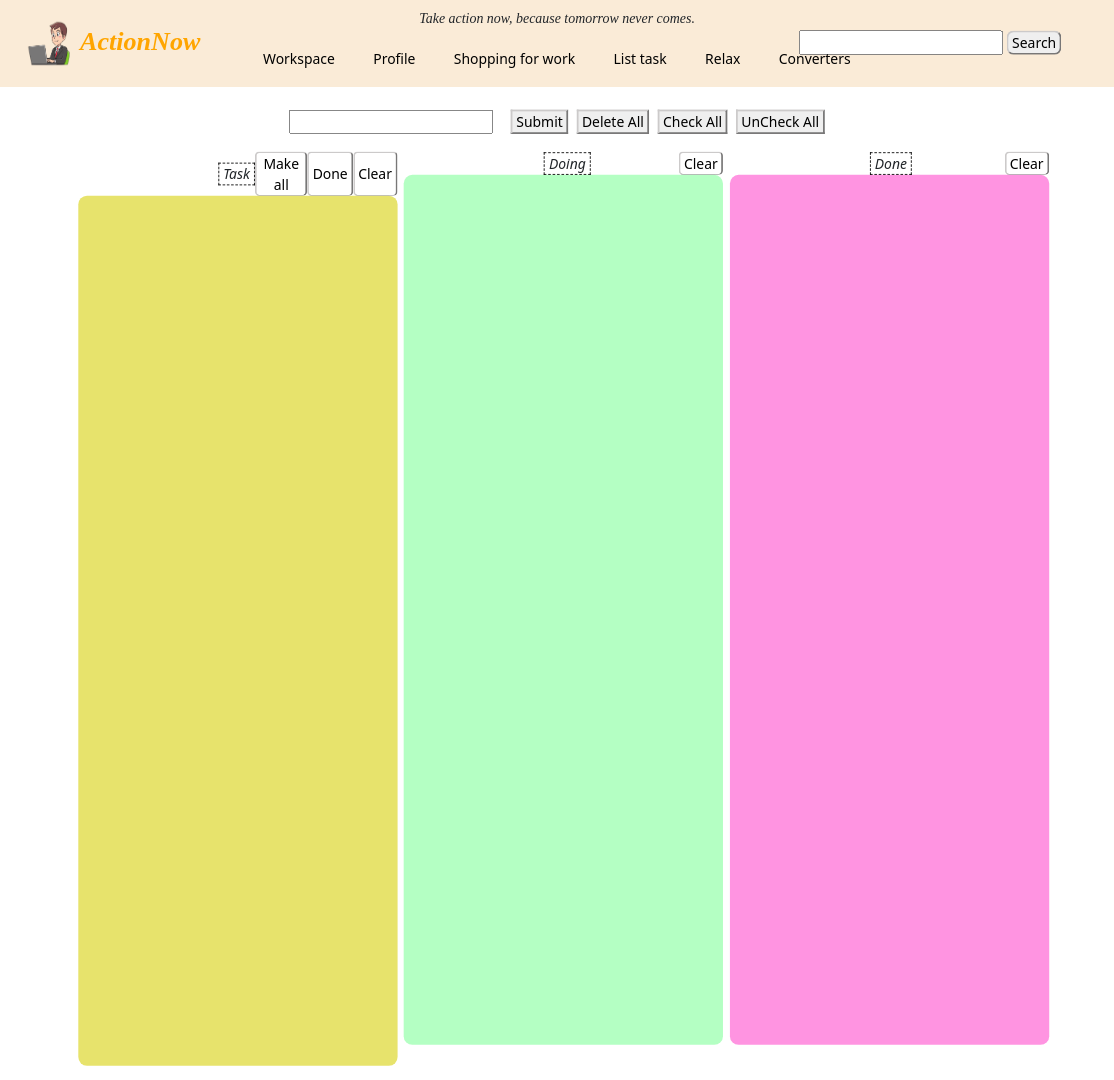
Repository: huavantinh/todo
Page: index.html
The author's editor kept a copy of each file at every save. The page is drawn from the files as they stood at one save, then again after the next save.
The browser window is 1280 px wide. The pictures show the whole page, at 87% of full size.

Above is the page before, as saved 2023-04-18 11:06:43.

### index.html
<!DOCTYPE html>
<html lang="en">

<head>
  <meta charset="UTF-8" />
  <meta http-equiv="X-UA-Compatible" content="IE=edge" />
  <meta name="viewport" content="width=device-width, initial-scale=1.0" />
  <title>Document</title>
  <link rel="stylesheet" href="./css/style.css" />
  <link rel="stylesheet" href="https://cdn.jsdelivr.net/npm/bootstrap@5.2.3/dist/css/bootstrap.min.css"
    integrity="sha384-rbsA2VBKQhggwzxH7pPCaAqO46MgnOM80zW1RWuH61DGLwZJEdK2Kadq2F9CUG65" crossorigin="anonymous" />
</head>

<body>
  <nav class="nav-bar navbar navbar-default">
    <div class="container-fluid">
      <div class="brand">
        <!-- line1top -->
        <img src="./css/img/logo-brand.png" alt="Brand" />
        <i id="i1">ActionNow</i>
        <i id="i2">Take action now, because tomorrow never comes.</i>
        <!-- search  -->
        <div class="search-box">
          <input type="text" />
          <button>Search</button>
        </div>
      </div>
      <!-- menu  -->
      <div class="nav-menu">
        <div class="list-menu">
          <a href="">Workspace</a>
          <a href="">Profile</a>
          <a href="">Shopping for work</a>
          <a href="">List task</a>
          <a href="">Relax</a>
          <a href="">Converters</a>
        </div>
      </div>
    </div>
  </nav>
  <div>

    <div class="container">
      <div class="add">
        <div class="box-add">
          <div class="input-box">
            <input id="input-sub" type="text" />
            <span style="
                  color: #656966;
                  font-size: 10px;
                  position: absolute;
                  bottom: 0;
                  right: 0;
                " class="message" id="new-task-message">Please enter new task!</span>
          </div>

          <button class="submit-bt" id="button-submit" onclick="submit()">Submit</button>
          <button  class="deleteall" id="delete" onclick="deleteAll()">Delete All</button>
          <button class="checkall" id="checkall" onclick="checkAll(this)">Check All</button>
          <button class="uncheckall" id="uncheckall" onclick="unCheckAll(this)">
            UnCheck All
          </button>
        </div>
      </div>
      <div class="table">
        <div class="tasklist col-list">
          <div class="linetitle linetasktitle">
            <i class="title" id="i1"> Task </i>
          <button id="makeall">Make all</button>
          <button id="doneall">Done</button>
          <button id="cleardone">Clear</button>

          </div>

          <div id="products" class="col-item col-1"></div>
        </div>

        <div class="doinglist col-list">
          <div class="linetitle linedoingtitle">
            <i class="title" id="i2">Doing</i>
          <button id="cleardone">Clear</button>
          </div>

          <div id="idoing" class="col-item col-2"></div>
        </div>

        <div class="donelist col-list">
          <div class="linetitle linedonetitle">
            <i class="title" id="i3">Done</i>
          <button id="cleardone">Clear</button>
          </div>
          <div id="idone" class="col-item col-3"></div>
        </div>

      </div>
    </div>
  </div>
  </div>

  <script src="https://code.jquery.com/jquery-3.6.4.min.js"
    integrity="sha256-oP6HI9z1XaZNBrJURtCoUT5SUnxFr8s3BzRl+cbzUq8=" crossorigin="anonymous"></script>
  <script type="text/javascript" src="https://cdn.jsdelivr.net/npm/bootstrap@5.2.3/dist/js/bootstrap.min.js"></script>
  <script src="./app.js"></script>
</body>

</html>

### css/style.css
    /* resetcss */
    *{
        padding: 0;
        margin: 0;
    }

    button {
        border-radius: 5px;
        border-color: #cccaca;
        padding: 0 4px;
    }

    /* Nav */
    .container-fluid{
        position: fixed;
        top: 0;
        left: 0;
        right: 0;
        z-index: 99999;
        background-color: antiquewhite;
    }


    .brand{
        /* position: relative; */
        display: flex;
        width: 100%;
        height: 50px;
    }
    .nav-menu{
        display: flex;
        justify-content: center;
        width: 100%;
        height: 50px;
        border-radius: 10px;
    }
    .nav-menu .list-menu{
        position: absolute;
        justify-content: center;
        align-items: center;
        margin-top: 5px;
    }
    .nav-menu .list-menu a{
        color: black;
        text-decoration: none;
        font-family: inherit;
        font-weight: 450;
        margin: 0 20px;
    }

    .brand {
        display: flex;
        /* justify-content: center; */
    }
    .brand .search-box{
        position: absolute;
        right: 60px;
        top: 35px;
        /* justify-content: center;
        align-items: center;
        position: absolute;
        right: 0;

        display: flex;
        border: none; */
        /* cursor: pointer; */
    }

    .search-box button {
        border-radius: 8px;

        /* right: 10px; */
    }

    .search-box button:hover {
        background-color:orange;;
        border-radius: 8px;
    }
    .brand img {
        position: relative;
        left: 20px;
        position: relative;
        top: 50%;
        width: 50px;
        height: 50px;
        border-color: orange;
    }
    .brand #i1{
        position: relative;
        left: 20px;
        top: 30%;
        margin: 10px;
        float: left;
        width: 390px;
        max-width: 400px;
        font-size: 30px;
        color: orange;
        font-family: cursive;
        font-weight: 700;
    }

    .brand #i2{
        justify-content: center;
        align-items: center;
        margin: 10px;
        width: 390px;
        max-width: 400px;
        font-family: cursive;
        font-weight: 500;
    }

    body{
        /* position: relative; */
        background-color: #3b3b3b;

        padding-top: 90px;
    }

    .add {
        display: flex;
        justify-content: center;
        align-items: center;
        margin-top: 20px;
        position: relative;

    }

    .box-add {
        display: flex;
        align-items: center;
    }

    .box-add .input-box {
        margin-right: 10px;
    }

    .box-add button {
        margin-left: 10px;
    }

    /* .box-add .input-box .submit-bt {
        position: absolute;
        right: 200px;
    } */


    button#button-submit {
        right: 410px;
    }

    button#checkall {
        right: 335px;
    }
    button#uncheckall {
        right: 240px;
    }
    button#delete {
        right: 163px;
    }

    .message
    {
        display: none;
    }
    .error-message {
        display: inline;;
    }


    /* Task Table  */
    .table {
        display: flex;
        width: 100%;
        position: relative;
    }

    .table .col-list {
        width: 100% / 3;
        margin-top: 20px;
        position: relative;
    }

    .table .linetitle {
        display: flex;
    }

    .table .linetitle .title{
        margin-left: 45%;
    }
    .table button {
        border-radius: 5px;
        border-color: #cccaca;
        padding: 0 4px;
    }
    .table .linetitle button {
        border-radius: 5px;
        border-color: #cccaca;
        padding: 0 4px;
    }


    .table .col-item {
        /* display: flex; */
        float: left;
        width: calc(1116px / 3 - 5px );
        height: 1000px;
        justify-content: center;
        background-color: rgb(231, 227, 108);
        border-radius: 10px;
        margin-left: 7.5px;
    }

    .table .col-2 {
        background-color: rgb(180, 255, 195);
    }

    .table .col-3 {
        background-color: rgb(255, 148, 225);
    }


    .table .col-list i {
        display: block;
        text-align: center;
        margin-bottom: 10px;
        max-width: fit-content;
        margin: auto;
        border: 1.2px dashed black;
        padding: 0 5px;
    }

    .tasklist .col-item {
        float: left;
        border-radius: 10px;
        width: calc(1116px / 3 - 5px );
        justify-content: center;
        display: block;
    }



    .product1 {
        margin-left: 10px;
        border-bottom: 1px solid #636363 ;
        /* height: 30px;  */
        align-items: center;
        display: flex;
        /* flex: auto; */
        /* flex-wrap:wrap; */
    }
    .taskname{
        text-overflow: clip;
        display: block;
        width: 70%;
    }

    .checkbox {
        margin: 0 5px;
        color: aquamarine;
        right: 10px;
        top: 8px;
    }


    .checkbox-item button {
        right: 5px;

    }

    .product1 .delete-item {
        right: 5px;
    }

### app.js
let todos =
  localStorage.length > 0
    ? JSON.parse(localStorage.getItem("todolist"))
    : [];

let idoingsave =
  localStorage.length > 0
    ? JSON.parse(localStorage.getItem("idoinglist"))
    : [];

let idonesave =
  localStorage.length > 0
    ? JSON.parse(localStorage.getItem("idonelist"))
    : [];

function submit() {
  let textBox = document.getElementById("input-sub");
  let content = textBox.value;
  let randId = Math.random();
  document.getElementById("new-task-message").classList.add("error-message");
  if (content == "") {
    onkeydown = function () {
      document
        .getElementById("new-task-message")
        .classList.remove("error-message");
    };
    return;
  } else {
    addContent(content, randId);
    textBox.value = "";

    todos.push(content);
    setstorages();
  }
}

function setstorages() {
  localStorage.length > 0 && localStorage.setItem("todolist", JSON.stringify(todos));
}
function setstorages2() {
  localStorage.length > 0 && localStorage.setItem("idoinglist", JSON.stringify(idoingsave));
}
function setstorages3() {
  localStorage.length > 0 && localStorage.setItem("idonelist", JSON.stringify(idonesave));
}

function addContent(content, randId) {
  document.getElementById("new-task-message").classList.remove("error-message");

  $("#products").append(
    '<div style="color: black" class="producttask product1" id="row' +
      randId +
      '">' +
      '<div class="taskname">' +
      content +
      "</div>" +
      '<div><button class="make" onclick="makedoing(event)"> Make </button></div>' +
      '<div class="checkbox-item"><input id="' +
      '"  class="checkbox" type="checkbox"  onclick="checkItem(event)"/></div> <button class"delete-item" onclick="deleteItem(event)">Delete</button>' +
      "</div>"
  );
}
function addContent2(content, randId) {
  document.getElementById("new-task-message").classList.remove("error-message");

  $("#idoing").append(
    '<div style="color: black" class=" productdoing product1" id="row' +
      randId +
      '">' +
      '<div class="taskname">' +
      content +
      "</div>" +
      '<div class="checkbox-item"><input class="checkbox" type="checkbox"  onclick="checkidoing(event)"/></div> <button class"delete-item" onclick="deleteItemdoing(event)">Delete</button>' +
      "</div>"
  );
}
function addContent3(content, randId) {
  document.getElementById("new-task-message").classList.remove("error-message");

  $("#idone").append(
    '<div style="color: black" class="productdone product1" id="row' +
      randId +
      '">' +
      '<div class="taskname">' +
      content +
      "</div>" +
       '<button class= "  delete-item" onclick="deleteItemdone(event)">Delete</button>' +
      "</div>"
  );
}

function deleteAll() {
  var products = document.getElementById("products");
  products.innerHTML = "";
}
function checkAll() {
  var checkboxes = document.getElementsByClassName("checkbox");
  for (var checkbox of checkboxes) {
    checkbox.checked = true;
    checkbox.closest("div").parentNode.style.color = "red";
  }
}
function unCheckAll() {
  var checkboxes = document.getElementsByClassName("checkbox");
  for (var checkbox of checkboxes) {
    checkbox.checked = false;
    checkbox.closest("div").parentNode.style.color = "orange";
  }
}
var textBox2 = document.getElementById("input-sub");
textBox2.addEventListener("keyup", function (event) {
  if (event.keyCode === 13) {
    submit();
  }
});

function deleteItem(event) {
  var products = document.getElementById("products");
  var arraypro = document.getElementsByClassName("producttask");
  var div = event.currentTarget.parentNode;
  let index1 = Array.prototype.indexOf.call(arraypro, div);
  // let index2 = Array.prototype.indexOf.call(todos2, index1);  ////////check lại function này. không lọc ra được index trong todos
  // console.log(index2)
  todos.splice(index1, 1);  // dùng luôn index 1 . vì 2 array giống, index nó giống nhau
  products.removeChild(div);
  setstorages();
}
function deleteItemdoing(event) {
  var doings = document.getElementById("idoing");
  var arraypro = document.getElementsByClassName("productdoing"); //// cần phân biệt 3 cột, tìm arraypro của cột 2
  var div = event.currentTarget.parentNode;
  let index1 = Array.prototype.indexOf.call(arraypro, div);
  // let index2 = Array.prototype.indexOf.call(idoingsave, index1);
  idoingsave.splice(index1, 1);
  doings.removeChild(div);
  setstorages2();
}
function deleteItemdone(event) {
  // debugger
  var dones = document.getElementById("idone");
  var arraypro = document.getElementsByClassName("productdone"); //// cần phân biệt 3 cột, tìm arraypro của cột 3
  var div = event.currentTarget.parentNode;
  let index1 = Array.prototype.indexOf.call(arraypro, div);
  // let index2 = Array.prototype.indexOf.call(idonesave, index1);
  dones.removeChild(div);
  idonesave.splice(index1, 1);

  setstorages3();
}

function checkItem(event) {
  var currenti = event.currentTarget;
  var color = currenti.checked ? "red" : "orange";
  currenti.closest("div").parentNode.style.color = color;
  let div = event.currentTarget.parentNode;
  let div2 = event.currentTarget.parentNode.parentNode;
  // insert to done list
  let content = div2.firstChild.textContent;
  // debugger
  idonesave.push(content);
  let indextext = Array.prototype.indexOf.call(todos, content);
  todos.splice(indextext, 1);
  let randId = Math.random();
  $("#idone").append(
    '<div style="color: black" class="product1 productdone" id="row' +
      randId +
      '">' +
      '<div class="taskname">' +
      content +
      '</div> <button class"delete-item" onclick="deleteItemdone(event)">Delete</button>' +
      "</div>"
  );

  let products = document.getElementById("products");
  products.removeChild(div2);
  setstorages();
  setstorages3();

}

document.addEventListener("DOMContentLoaded", function () {
  // debugger
  if (Array.isArray && todos.length > 0) {
    todos.forEach(function printlocal(content, index) {
      addContent(content, index);
    });
  }
  if (Array.isArray && idoingsave.length > 0) {
    idoingsave.forEach(function printlocal2(content, index) {
      addContent2(content, index);
    });
  }
  if (Array.isArray && idonesave.length > 0) {
      idonesave.forEach(function printlocal3(content, index) {
        addContent3(content, index);
      });
    }
  }
);

// moveitem to done
function makedoing(event) {
  let itemcurrent = event.currentTarget.parentNode.parentNode;
  let listitem = document.getElementsByClassName(" producttask");
  //change object to array
  let listarray = Array.from(listitem);
  //Lấy index của item trong list
  let indexpro = Array.prototype.indexOf.call(listarray, itemcurrent);

  listarray.splice(indexpro, 1);

  let content = itemcurrent.firstChild.textContent;
  let randId = Math.random();
  $("#idoing").append(
    ' <div style="color: black" class="productdoing product1" id="row' +
      randId +
      '">' +
      '<div class="taskname">' +
      content +
      ' </div> <div class="checkbox-item"><input id="' +
      '"  class="checkbox" type="checkbox"   onclick="checkidoing(event)" /></div>' +
      '<button class"delete-item" onclick="deleteItemdoing(event)">Delete</button>' +
      "</div>"
  );
  // debugger

  let products = document.getElementById("products");
  products.removeChild(itemcurrent);
  idoingsave.push(content);

  let indextext = Array.prototype.indexOf.call(todos, content);
  todos.splice(indextext, 1);
  setstorages();

  setstorages2();
}

function checkidoing(event) {
  var currenti = event.currentTarget;
  var color = currenti.checked ? "red" : "orange";
  currenti.closest("div").parentNode.style.color = color;
  let div = event.currentTarget.parentNode;
  let div2 = event.currentTarget.parentNode.parentNode;
  //move colum
  let productdoing = document.getElementsByClassName("productdoing");
  let produclistj = Array.from(productdoing);
  let index1 = Array.prototype.indexOf.call(produclistj, div2);
  produclistj.splice(index1, 1);
// debugger
  let content = div2.firstChild.textContent;
  let randId = Math.random();
  $("#idone").append(
    '<div style="color: black" class="productdone product1" id="row' +
      randId +
      '">' +
      '<div class="taskname">' +
      content +
      '</div> <button class"delete-item" onclick="deleteItemdone(event)">Delete</button>' +
      "</div>"
  );

  idonesave.push(content);
  let idoing = document.getElementById("idoing");
  idoing.removeChild(div2);
  // idoingsave.filter(item => item !== content);

  // let indexcon = Array.prototype.indexOf.call(idoingsave, content);
  idoingsave.splice(index1,1)
  setstorages2();
  setstorages3();

}

// function deleteItem3(event) {
//   var products = document.getElementById("idoing");
//   var arraypro = document.getElementsByClassName("productdone");
//   var div = event.currentTarget.parentNode;
//   let index1 = Array.prototype.indexOf.call(arraypro, div);
//   let index2 = Array.prototype.indexOf.call(todos, index1);
//   todos.splice(index2, 1);
//   products.removeChild(div);
//   setstorages();
// }
console.log(todos);

console.log(idoingsave);
console.log(idonesave);

After the next save:
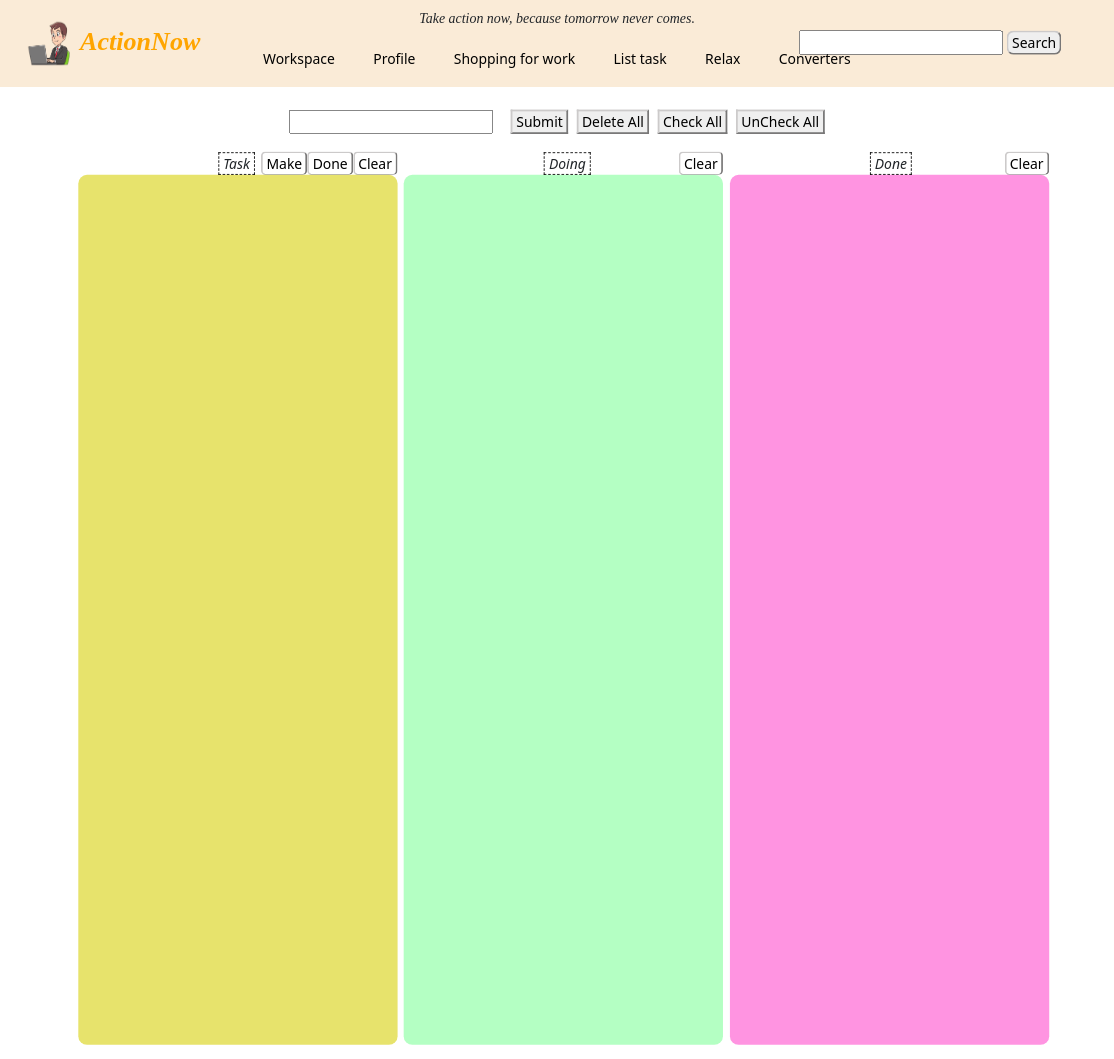
Saved 6 s later.
--- a/index.html
+++ b/index.html
@@ -66,7 +66,7 @@
         <div class="tasklist col-list">
           <div class="linetitle linetasktitle">
             <i class="title" id="i1"> Task </i>
-          <button id="makeall">Make all</button>
+          <button id="makeall">Make</button>
           <button id="doneall">Done</button>
           <button id="cleardone">Clear</button>
 
